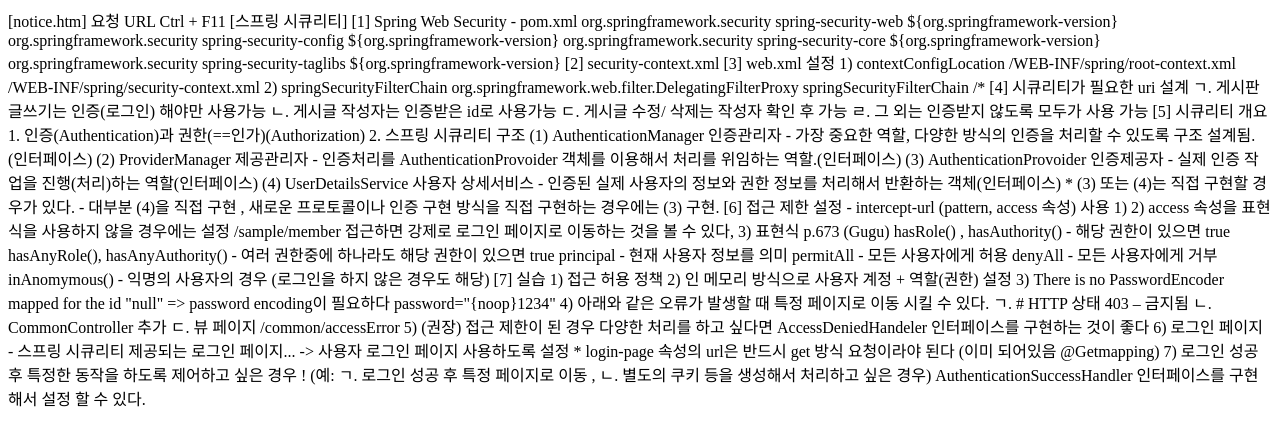
Repository: Vida0822/-
Page: SL11_SECURITY/src/main/webapp/customer/notice.htm
The author's editor kept a copy of each file at every save. The page is drawn from the files as they stood at one save, then again after the next save.
The browser window is 1280 px wide. The pictures show the whole page.

Above is the page before, as saved 2023-07-04 03:20:39.

After the next save:
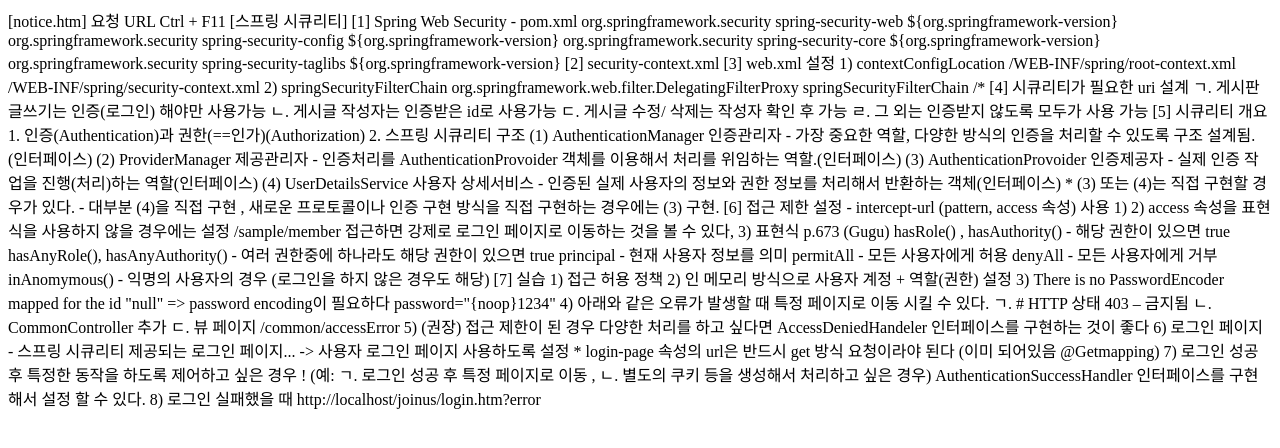
Saved 20 s later.
--- a/SL11_SECURITY/src/main/webapp/customer/notice.htm
+++ b/SL11_SECURITY/src/main/webapp/customer/notice.htm
@@ -155,10 +155,12 @@
    -> 사용자 로그인 페이지 사용하도록 설정
 
    <security:form-login login-page="/joinus.login.htm"/>
-
 * login-page 속성의 url은 반드시 get 방식 요청이라야 된다 (이미 되어있음 @Getmapping)
 
 
 7) 로그인 성공 후 특정한 동작을 하도록 제어하고 싶은 경우 !
 (예: ㄱ. 로그인 성공 후 특정 페이지로 이동 , ㄴ. 별도의 쿠키 등을 생성해서 처리하고 싶은 경우)
 AuthenticationSuccessHandler 인터페이스를 구현해서 설정 할 수 있다.
+
+8) 로그인 실패했을 때
+	http://localhost/joinus/login.htm?error
